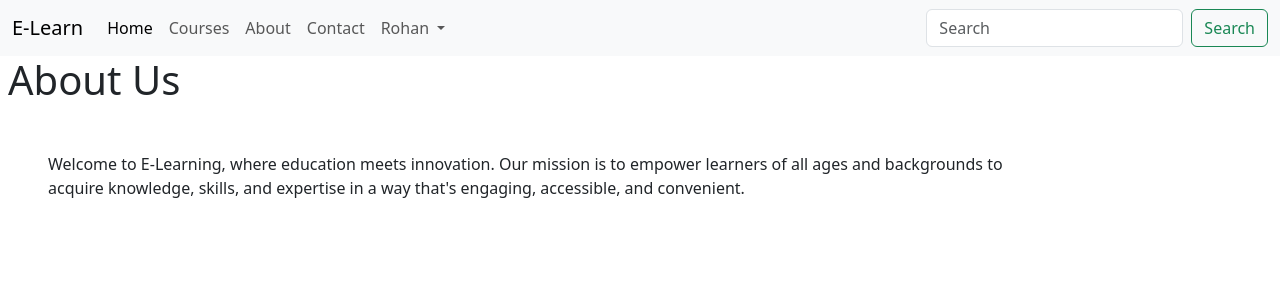
Repository: syni18/bootstrap_elarn
Page: About.html
An editor plug-in stored every save of this project. The page is shown before and after the next save, followed by the edit.
The browser window is 1280 px wide. The pictures show the whole page.

Above is the page before, as saved 2023-10-25 23:05:55.

After the next save:
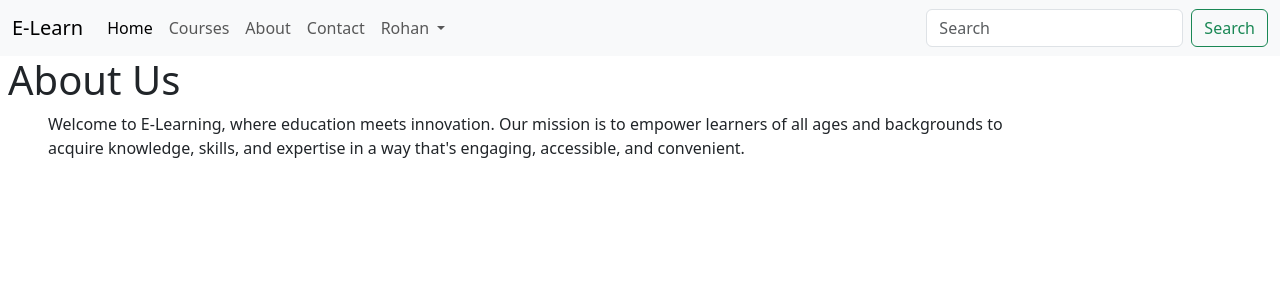
Saved 4 s later.
--- a/About.html
+++ b/About.html
@@ -48,7 +48,7 @@
 </nav>
 <div>
     <h6 class="display-6 ms-2">About Us</h6>
-    <p class="w-75 m-5">Welcome to E-Learning, where education meets innovation. Our mission is to empower learners of all ages and backgrounds to acquire knowledge, skills, and expertise in a way that's engaging, accessible, and convenient.</p>
+    <p class="w-75 ms-5">Welcome to E-Learning, where education meets innovation. Our mission is to empower learners of all ages and backgrounds to acquire knowledge, skills, and expertise in a way that's engaging, accessible, and convenient.</p>
 </div>
     <script src="https://cdn.jsdelivr.net/npm/bootstrap@5.3.2/dist/js/bootstrap.bundle.min.js" integrity="sha384-C6RzsynM9kWDrMNeT87bh95OGNyZPhcTNXj1NW7RuBCsyN/o0jlpcV8Qyq46cDfL" crossorigin="anonymous"></script>
   </body>
